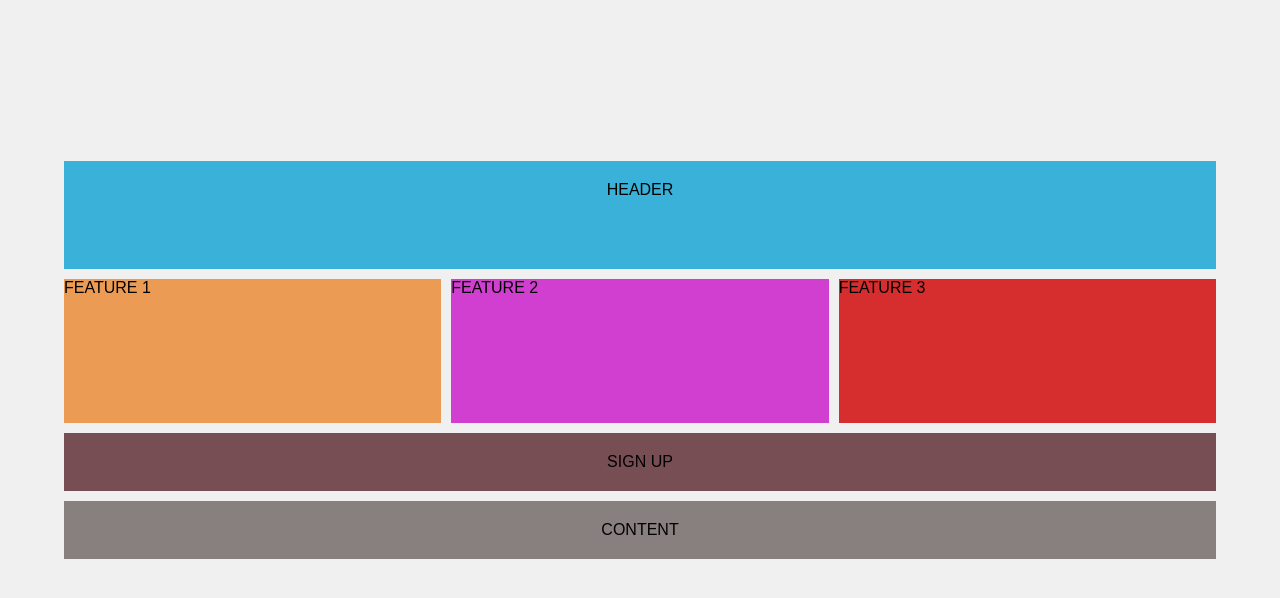
Repository: viveknaidu007/repo-152-FSD-InnomaticsTasksSep2024
Page: task_3/index.html
An editor plug-in stored every save of this project. The page is shown before and after the next save, followed by the edit.
The browser window is 1280 px wide. The pictures show the whole page.

Above is the page before, as saved 2024-10-02 11:42:08.

### task_3/index.html
<!DOCTYPE html>
<html lang="en">
<head>
  <meta charset="UTF-8">
  <meta name="viewport" content="width=device-width, initial-scale=1.0">
  <title>Responsive Layout</title>
  <link rel="stylesheet" href="styles.css">
</head>
<body>
  <div class="container">
    <header class="header">HEADER</header>
    <div class="content">CONTENT</div>
    <div class="signup">SIGN UP</div>
    <div class="feature1">FEATURE 1</div>
    <div class="feature2">FEATURE 2</div>
    <div class="feature3">FEATURE 3</div>
  </div>
</body>
</html>

### task_3/styles.css
* {
    margin: 0;
    padding: 0;
    box-sizing: border-box;
  }

  body {
    font-family: Arial, sans-serif;
    display: flex;
    justify-content: center;
    align-items: center;
    height: 100vh;
    background-color: #f0f0f0;
  }



  .container {
    display: grid;
    grid-template-areas:
      "header"
      "content"
      "signup"
      "feature1"
      "feature2"
      "feature3";
    grid-template-columns: 1fr;
    gap: 10px;
    width: 90%;
    max-width: 1200px;
  }

  .header {
    grid-area: header;
    background-color: #3ab1d9;
    text-align: center;
    padding: 20px;
    position: static;
    height: 15vh;
  }

  .content {
    grid-area: content;
    background-color: #887f7f;
    text-align: center;
    padding: 20px;
  }

  .signup {
    grid-area: signup;
    background-color: #764e54;
    text-align: center;
    padding: 20px;
  }

  .feature1 .feature2 .feature3{
    text-align: center;
  }

  .feature1 {
    background-color: #ec9b55;
    height:20vh;
    text-align: middle;
  }

  .feature2 {
    background-color: #d03fd0;
    height:20vh
  }

  .feature3 {
    background-color: #d62e2e;
  }


  @media(min-width: 768px) {
    .container {
      grid-template-areas:
        "header header"
        "content content"
        "signup feature1"
        "feature2 feature3";
      grid-template-columns: 1fr 1fr;
    }
  }

  @media(min-width: 1024px) {
    .container {
      grid-template-areas:
        "header header header"
        "feature1 feature2 feature3"
        "signup signup signup"
        "content content content";
      grid-template-columns: repeat(3, 1fr);
    }
  }

After the next save:
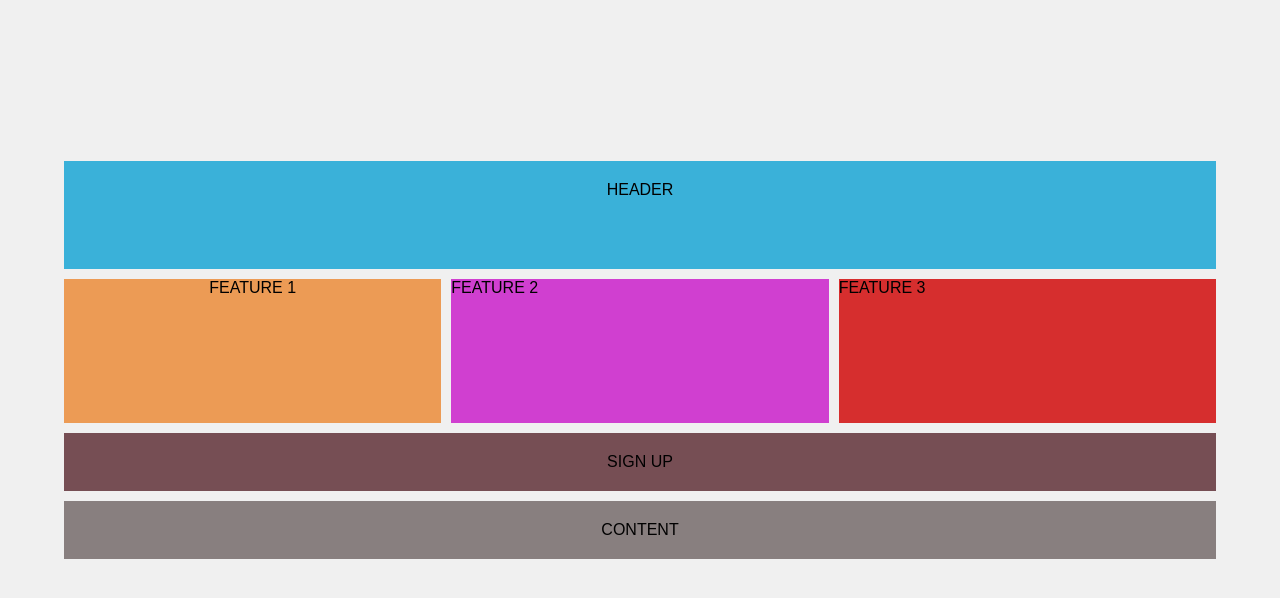
Saved 13 s later.
--- a/task_3/styles.css
+++ b/task_3/styles.css
@@ -60,7 +60,7 @@
   .feature1 {
     background-color: #ec9b55;
     height:20vh;
-    text-align: middle;
+    text-align: center;
   }
 
   .feature2 {
